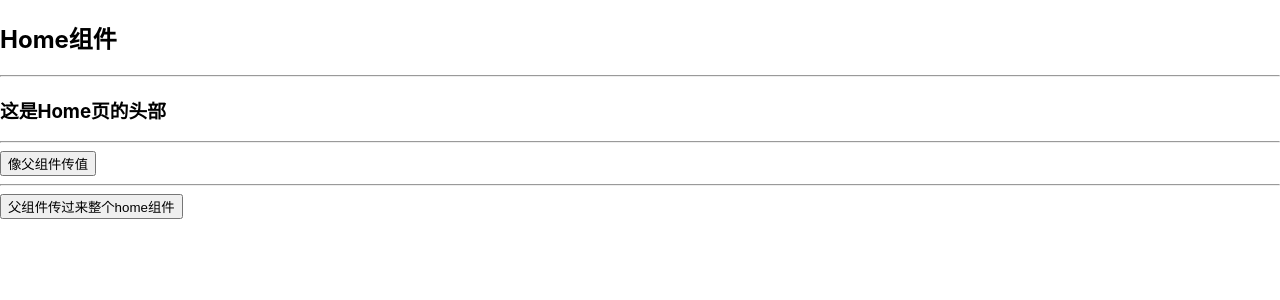
Repository: zhenzhen-gong/react-learning
Page: /
An editor plug-in stored every save of this project. The page is shown before and after the next save, followed by the edit.
The browser window is 1280 px wide. The pictures show the whole page.
The project was rebuilt for these pictures with package versions that can differ from the ones it lists, and the page was loaded fresh each time.

Above is the page before, as saved 2021-04-17 15:30:39.

### src/index.js
import React from 'react';
import ReactDOM from 'react-dom';
import './index.css';
import PassValue from './component/passValue/home';
import reportWebVitals from './reportWebVitals';

ReactDOM.render(
    <PassValue />,
  document.getElementById('root')
);

// If you want to start measuring performance in your app, pass a function
// to log results (for example: reportWebVitals(console.log))
// or send to an analytics endpoint. Learn more: https://bit.ly/CRA-vitals
reportWebVitals();

### src/component/passValue/home.js
import React, {Component} from 'react'
import Header from './header'


class Home extends Component {
    constructor(props) {
        super(props)
        this.state = {
            msg: "Home组件",
            title: 'Home'
        }
    }

    fartherFun = (val)=>{
      // val为子组件传过来的值
      alert(val)
    }

    getData = (val)=>{
        alert(val)
    }

    render() {
        return (
            <div>
                <h2>{this.state.msg}</h2>
                <hr />
                <Header title={this.state.title} childFun={this.fartherFun} home={this}/>
            </div>
        )
    }
}


export default Home

### src/component/passValue/header.js
import React, {Component} from 'react'

class Header extends Component {
    constructor(props) {
        super(props)
        this.state = {
            msg: ""
        }
    }
   // 调用父组件的方法
    fun = ()=>{
      this.props.childFun("爸爸，我是你的孩子")
    }

    home = ()=>{
      alert(this.props.home.state.msg)
      this.props.home.getData("通过调用父组件的方法传值")
    }

    render() {
        return (
            <div>
                <h3>这是{this.props.title}页的头部</h3>
                <hr />
                <button type="button" onClick={this.fun}>像父组件传值</button>
                <hr/>
                <button type="button" onClick={this.home}>父组件传过来整个home组件</button>
            </div>
        )
    }
}
Header.defaultProps = {
  title: "所有"
}

export default Header

Loaded but not shown: public/index.html (common file); src/index.css (common file); src/reportWebVitals.js (common file)

After the next save:
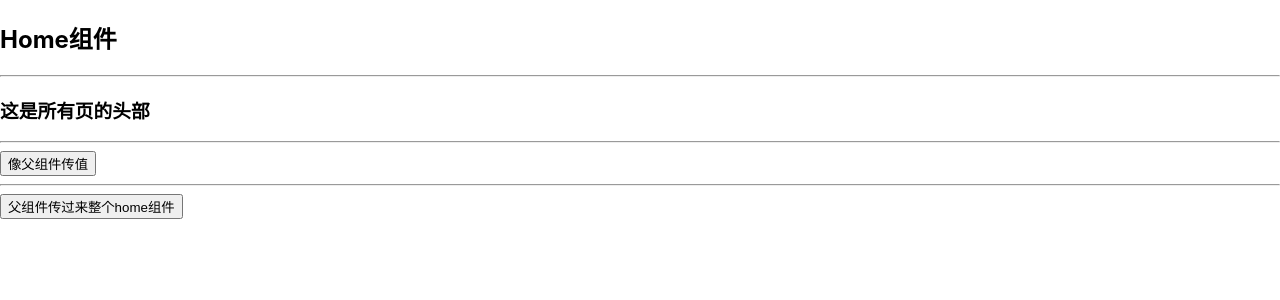
Saved 11 s later.
--- a/src/component/passValue/home.js
+++ b/src/component/passValue/home.js
@@ -25,7 +25,7 @@
             <div>
                 <h2>{this.state.msg}</h2>
                 <hr />
-                <Header title={this.state.title} childFun={this.fartherFun} home={this}/>
+                <Header childFun={this.fartherFun} home={this}/>
             </div>
         )
     }

After the save that followed:
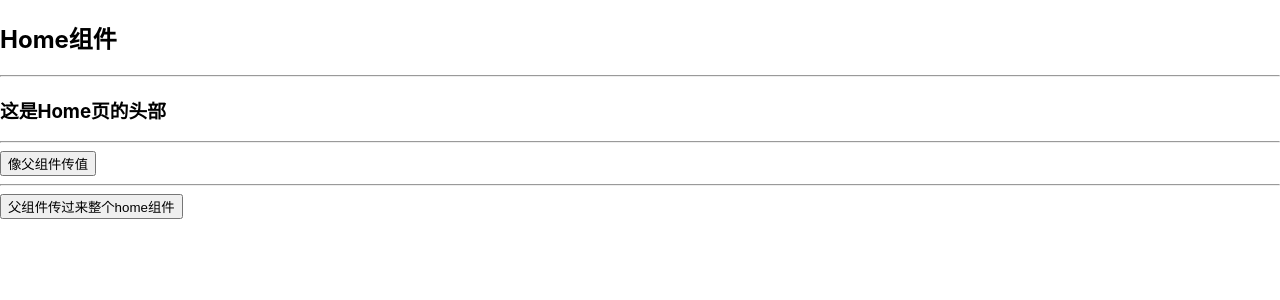
Saved 6 s later.
--- a/src/component/passValue/home.js
+++ b/src/component/passValue/home.js
@@ -25,7 +25,7 @@
             <div>
                 <h2>{this.state.msg}</h2>
                 <hr />
-                <Header childFun={this.fartherFun} home={this}/>
+                <Header title={this.state.title} childFun={this.fartherFun} home={this}/>
             </div>
         )
     }
